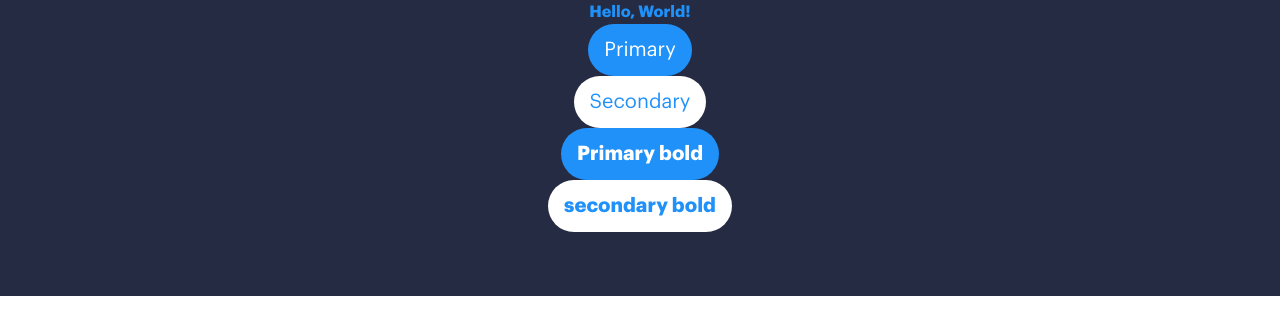
Repository: SK3010z/figmaland-tailwind
Page: /
These files come from the project's save history. The page is drawn as it stood at one moment and after the next save; the edit follows.
The browser window is 1280 px wide. The pictures show the whole page.
The project was rebuilt for these pictures with package versions that can differ from the ones it lists, and the page was loaded fresh each time. Also part of the build but not shown: vite.config.js, src/mediaQueries.jsx.

Above is the page before, as saved 2024-08-16 15:18:42.

After the next save:
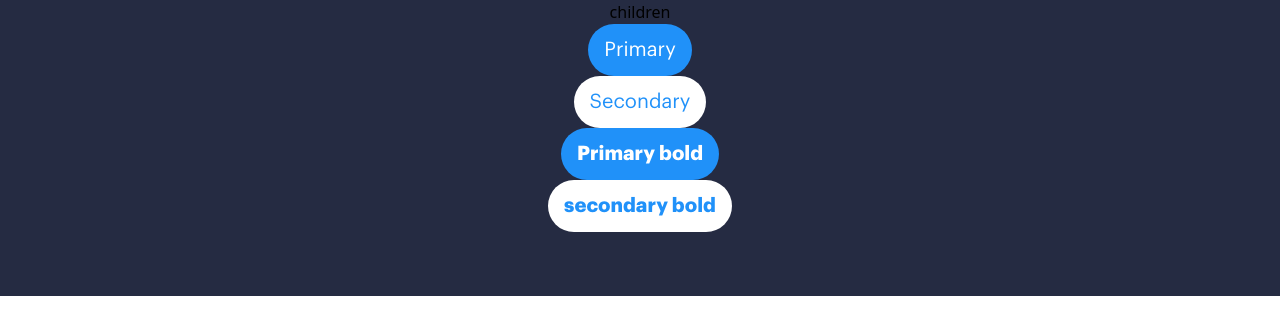
Saved 115 s later.
--- a/src/App.jsx
+++ b/src/App.jsx
@@ -1,9 +1,9 @@
 import { Button } from "./components/Button"
-
+import { Heading } from "./components/Heading/Heading"
 function App() {
   return (
     <div className="bg-darkBrackground justify-center pb-16 text-center justify-items-center">
-      <h1 className="text-primary bg-darkBrackground font-graphik-bold">Hello, World!</h1>
+      <Heading className="text-primary bg-darkBrackground font-graphik-bold">Hello, World!</Heading>
       <Button>Primary</Button>
       <Button variant="secondary">Secondary</Button>
       <Button isBold>Primary bold</Button>
